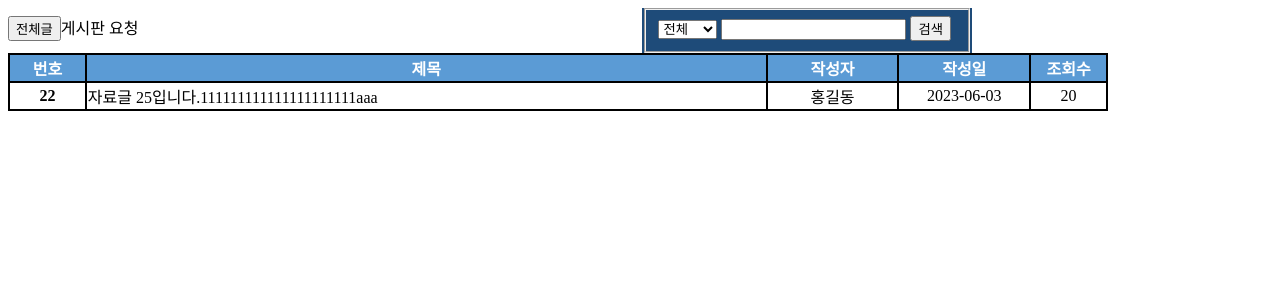
Repository: LJzero-dev/java-study
Page: http://localhost/ktbwos/bbs/request_list.jsp
An editor plug-in stored every save of this project. The page is shown before and after the next save, followed by the edit.
The browser window is 1280 px wide. The pictures show the whole page.
The page is served by Tomcat 9. Other server files are loaded and not shown.

Above is the page before, as saved 2023-06-10 13:46:34.

### web/ktbwos/WebContent/bbs/request_list.jsp
<%@ page language="java" contentType="text/html; charset=UTF-8" pageEncoding="UTF-8"%>
<!DOCTYPE html PUBLIC "-//W3C//DTD HTML 4.01 Transitional//EN" "http://www.w3.org/TR/html4/loose.dtd">
<html>
<head>
<meta http-equiv="Content-Type" content="text/html; charset=UTF-8">
<style>
	a:link { color:black; text-decoration:none; }
	a:visited { color:black; text-decoration:none; }
	a:hover { color:black; text-decoration:underline; }
	table, th, td {
	border:2px solid black;
	border-collapse : collapse;
	}
	th { background-color:#5B9BD5; color:white;}
	td { text-align:center;}
</style>
<title>Insert title here</title>
</head>
<body>

<div width="1100">
<input type="button" value="전체글">게시판 요청
<form style="width:330px; background:#1E4B79; display:inline-block; margin-left: 500px " name="frmSch">
<fieldset>
		<select name="schtype">
			<option value="all" >전체</option>
			<option value="title" >제목</option>
			<option value="content" >내용</option>
			<option value="writer">작성자</option>
		</select>
		<input type="text" name="keyword" value="" />
		<input type="submit" value="검색" />
</fieldset>
</form>

	<table width="1100">
		<tr>
			<th width="7%">번호</th><th width="*">제목</th><th width="12%">작성자</th><th width="12%">작성일</th><th width="7%">조회수</th>
		</tr>
		<tr>
			<td><b>22</b></td><td><span style="float:left;">자료글 25입니다.111111111111111111111<a href="">aaa</a></span></td><td>홍길동</td><td>2023-06-03</td><td>20</td>
		</tr>
	</table>

</div>
</body>
</html>

After the next save:
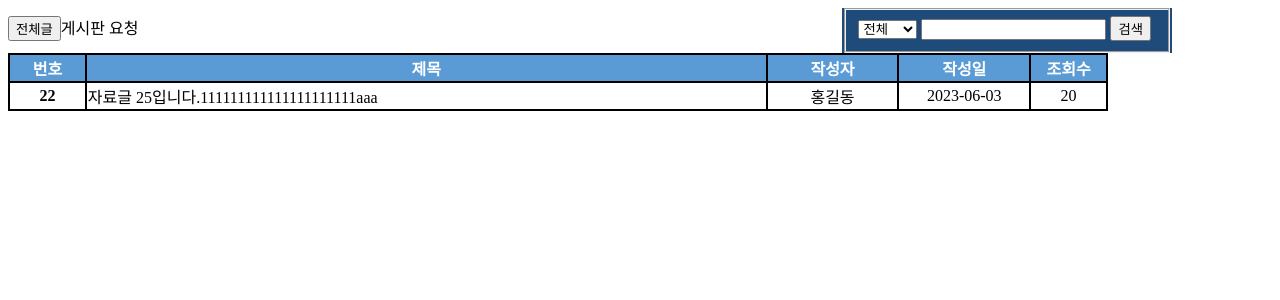
Saved 8 s later.
--- a/web/ktbwos/WebContent/bbs/request_list.jsp
+++ b/web/ktbwos/WebContent/bbs/request_list.jsp
@@ -20,7 +20,7 @@
 
 <div width="1100">
 <input type="button" value="전체글">게시판 요청
-<form style="width:330px; background:#1E4B79; display:inline-block; margin-left: 500px " name="frmSch">
+<form style="width:330px; background:#1E4B79; display:inline-block; margin-left: 700px " name="frmSch">
 <fieldset>
 		<select name="schtype">
 			<option value="all" >전체</option>
